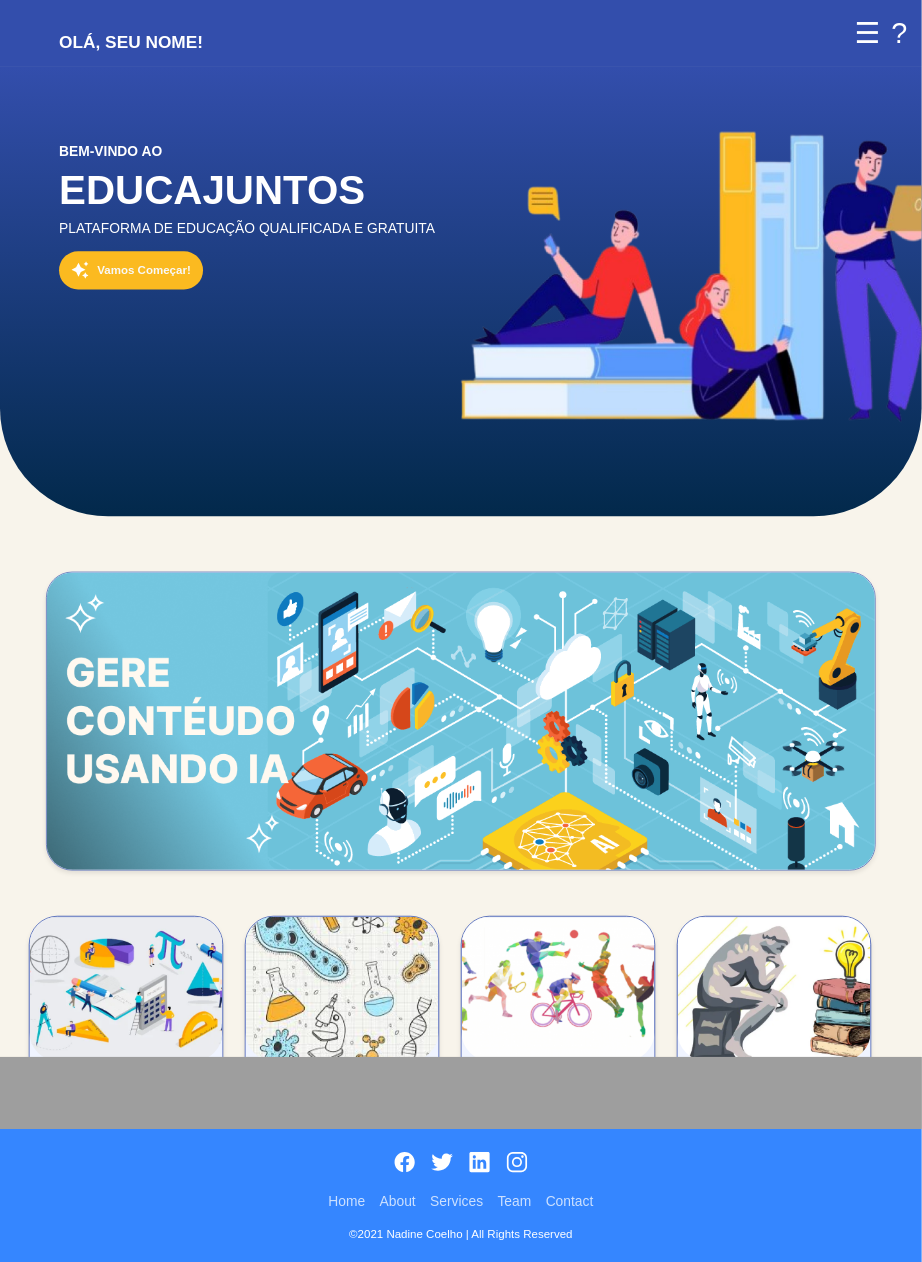
Repository: Matheus904-12/EDUCAJUNTOS
Page: inicio/index.html
An editor plug-in stored every save of this project. The page is shown before and after the next save, followed by the edit.
The browser window is 1280 px wide. The pictures show the whole page, at 72% of full size.
Pictures or frames that could not be fetched are drawn as grey boxes.

Above is the page before, as saved 2024-10-28 20:27:59.

After the next save:
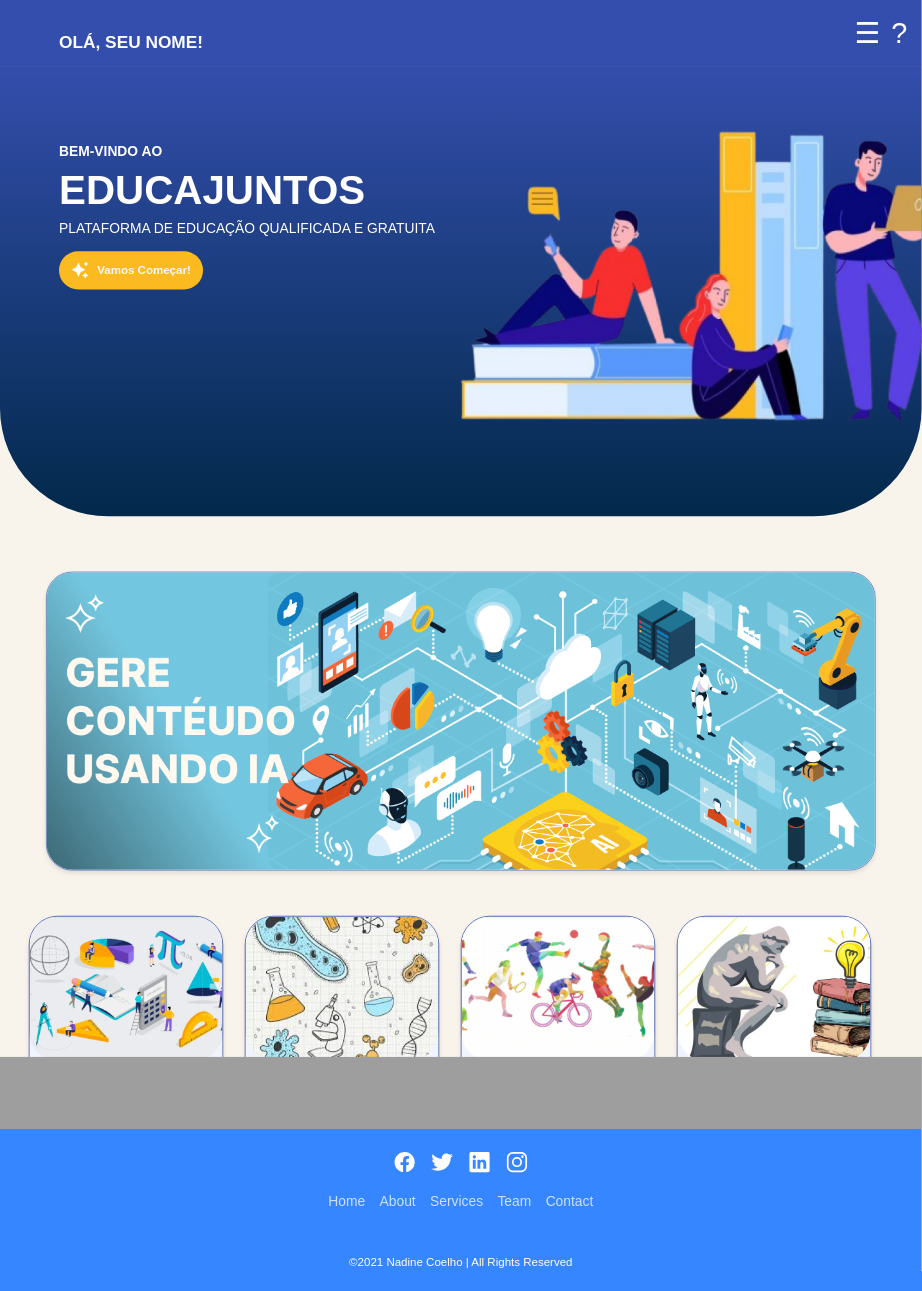
Saved 22 s later.
--- a/inicio/style.css
+++ b/inicio/style.css
@@ -237,7 +237,7 @@
 
 .footer p {
     color: #fff;
-    margin: 15px 0 10px 0;
+    margin: 55px 0 10px 0;
     font-size: 1rem;
     font-weight: 300;
 }

After the save that followed:
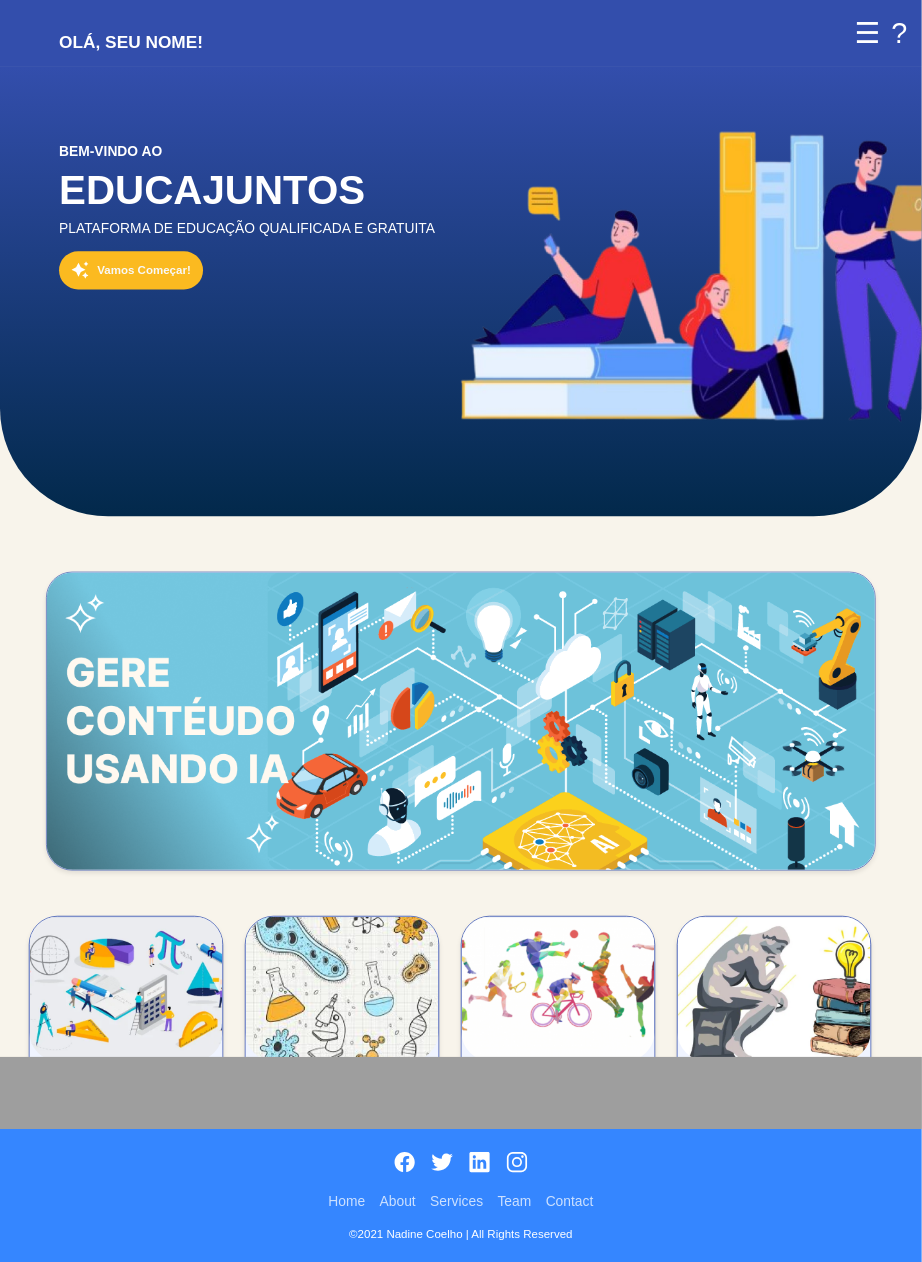
Saved 4 s later.
--- a/inicio/style.css
+++ b/inicio/style.css
@@ -237,7 +237,7 @@
 
 .footer p {
     color: #fff;
-    margin: 55px 0 10px 0;
+    margin: 15px 0 10px 0;
     font-size: 1rem;
     font-weight: 300;
 }
